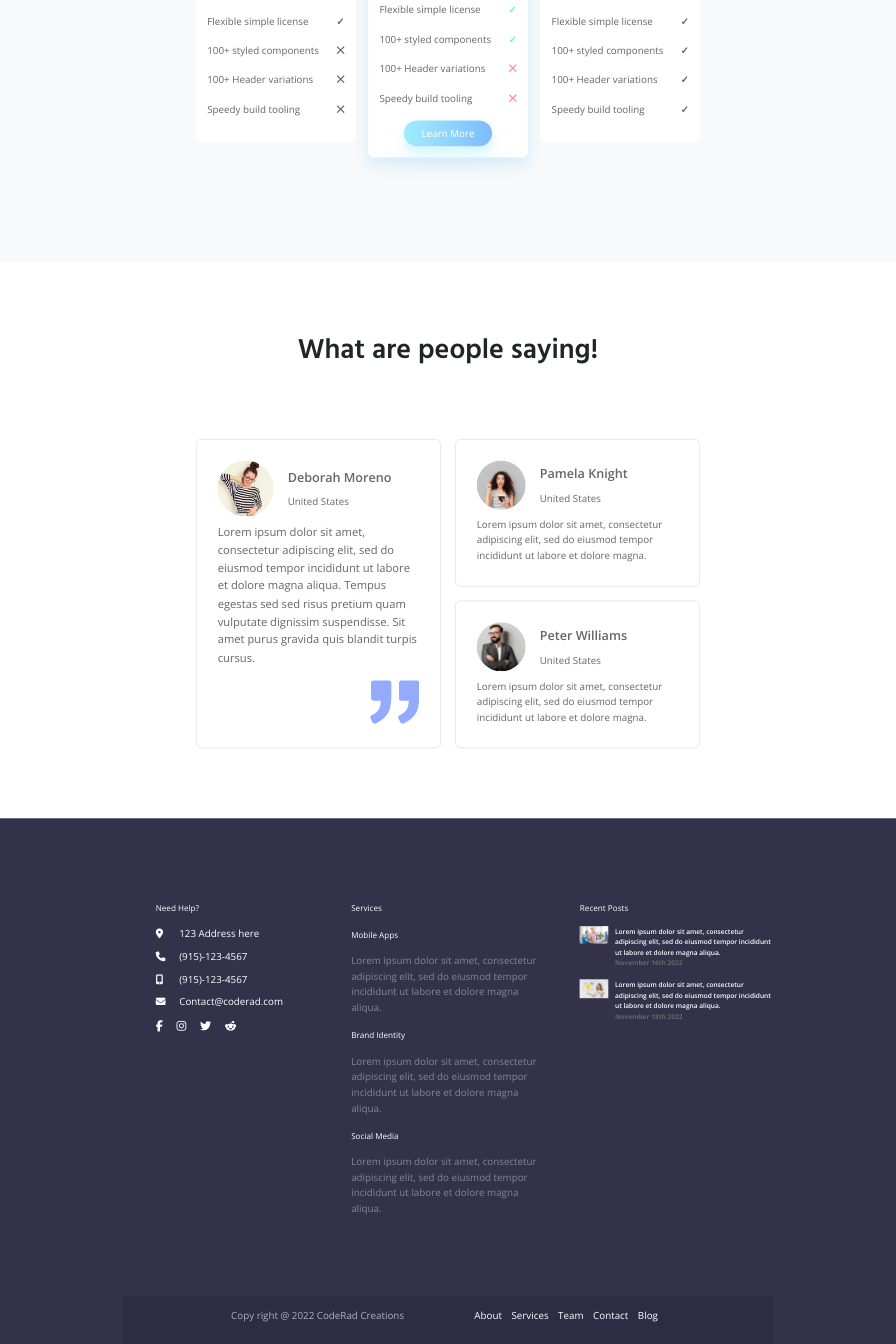
Repository: Sc-Juju/CodeRad
Page: index.html
These files come from the project's save history. The page is drawn as it stood at one moment and after the next save; the edit follows.
The browser window is 1280 px wide. The pictures show the part of the page from y = 2940 to 4860 px (the page is 4860 px tall), at 70% of full size.
Some web libraries are served in a nearby version.

Above is the page before, as saved 2022-11-16 14:15:52.

After the next save:
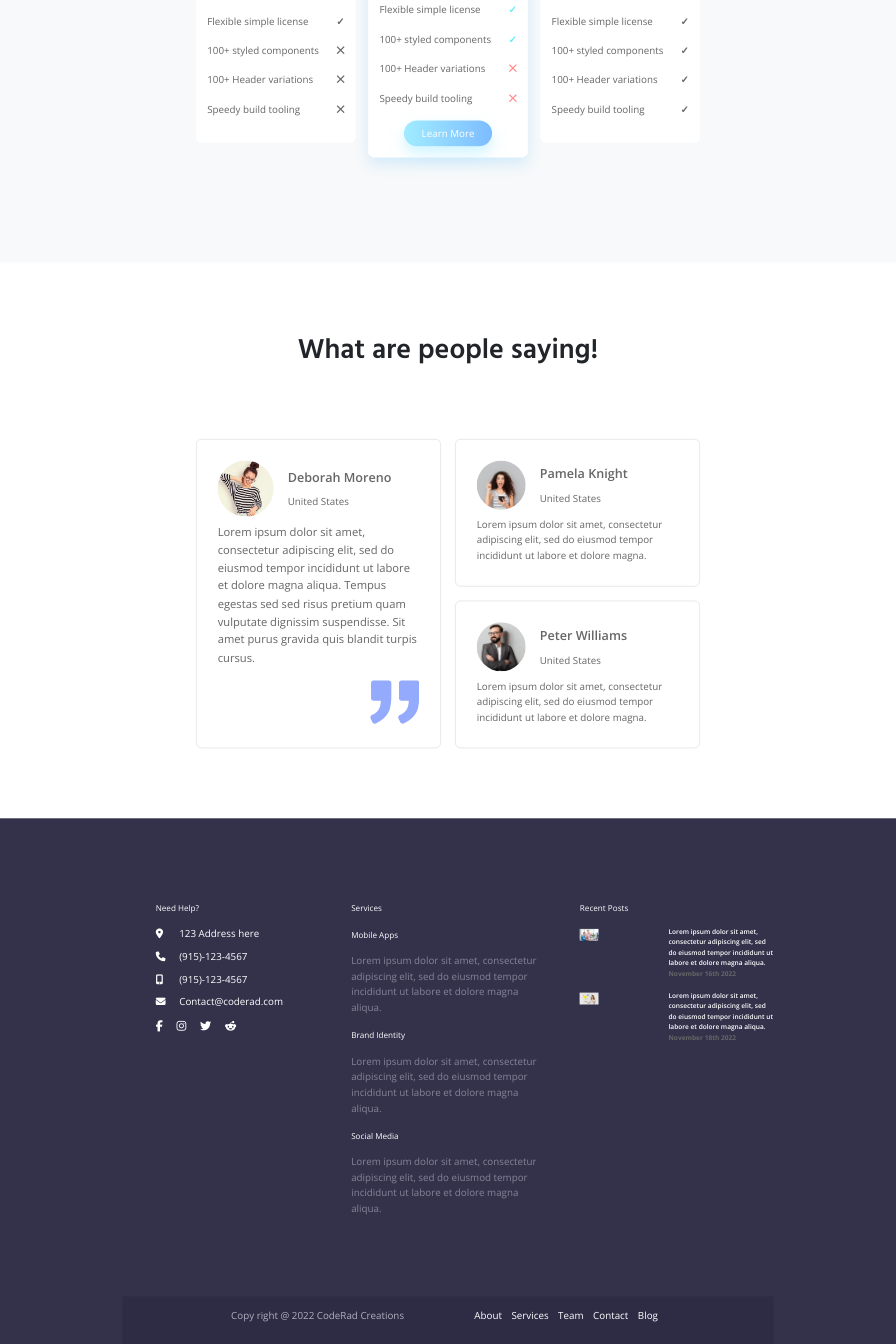
Saved 34 s later.
--- a/css/styles.css
+++ b/css/styles.css
@@ -301,7 +301,7 @@
 
 .recent-posts .post-img-wrapper{
     width: var(--size-100);
-    margin-right: var(--size-10);
+    margin-right: var(--size-100);
 }
 
 .post-inner h6{ margin: 0; }

After the save that followed:
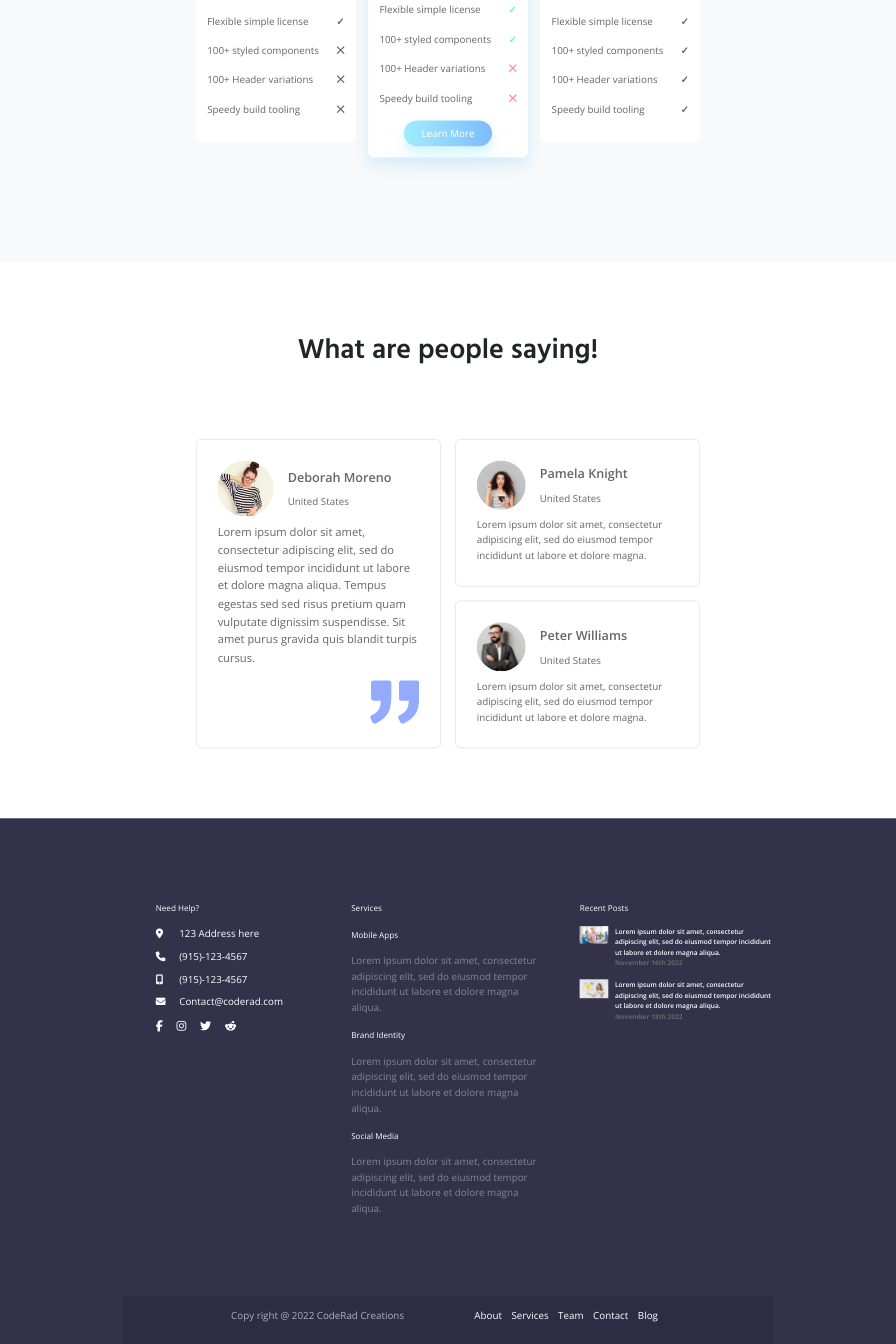
Saved 9 s later.
--- a/css/styles.css
+++ b/css/styles.css
@@ -301,7 +301,7 @@
 
 .recent-posts .post-img-wrapper{
     width: var(--size-100);
-    margin-right: var(--size-100);
+    margin-right: var(--size-10);
 }
 
 .post-inner h6{ margin: 0; }
